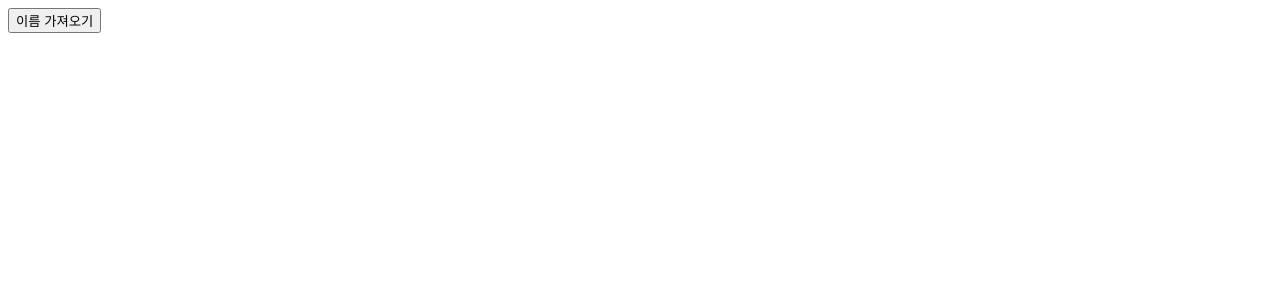
Repository: hyunhee7/web_work
Page: Step05_JavaServerPage/WebContent/test14.html
An editor plug-in stored every save of this project. The page is shown before and after the next save, followed by the edit.
The browser window is 1280 px wide. The pictures show the whole page.

Above is the page before, as saved 2017-06-23 02:52:40.

After the next save:
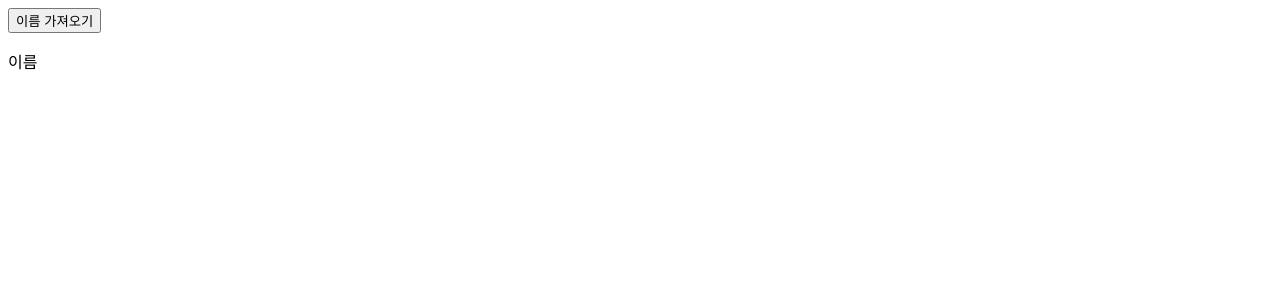
Saved 17 s later.
--- a/Step05_JavaServerPage/WebContent/test14.html
+++ b/Step05_JavaServerPage/WebContent/test14.html
@@ -6,6 +6,7 @@
 </head>
 <body>
 <button id="getBtn">이름 가져오기</button>
+<p>이름 <strong id="result"></strong></p>
 <script src="resource/js/jquery-3.2.0.js"></script>
 <script>
 
